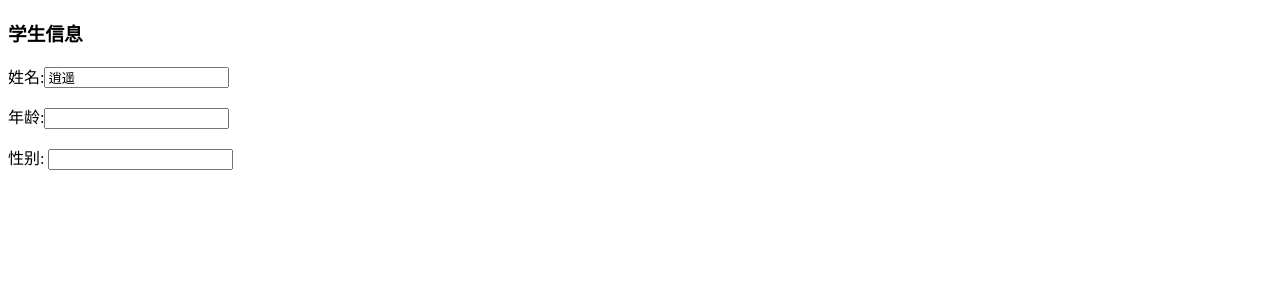
Repository: qyl1006/JavaApps
Page: workspace/html/WebContent/hello/input.html
These files come from the project's save history. The page is drawn as it stood at one moment and after the next save; the edit follows.
The browser window is 1280 px wide. The pictures show the whole page.

Above is the page before, as saved 2018-02-10 06:22:21.

### workspace/html/WebContent/hello/input.html
<!DOCTYPE html PUBLIC "-//W3C//DTD HTML 4.01 Transitional//EN" "http://www.w3.org/TR/html4/loose.dtd">
<html>
<head>
<meta http-equiv="Content-Type" content="text/html; charset=UTF-8">
<title>Insert title here</title>
</head>
<body>
	<h3>学生信息</h3>
	<form action="#" method="POST">
		<p>姓名:<input type="text" name="username" value="逍遥"/></p>
		<p>年龄:<input type="password" name="pwd"/></p>
		<p>性别: <input /></p>
	</form>


</body>
</html>

After the next save:
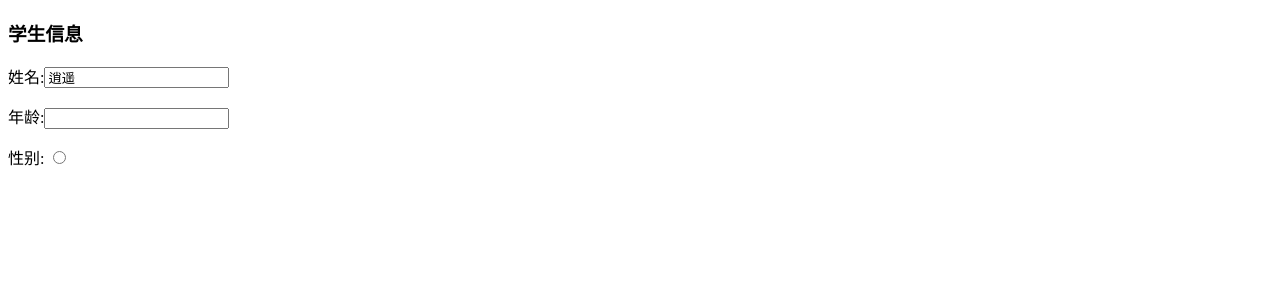
Saved 3 min 27 s later.
--- a/workspace/html/WebContent/hello/input.html
+++ b/workspace/html/WebContent/hello/input.html
@@ -9,7 +9,9 @@
 	<form action="#" method="POST">
 		<p>姓名:<input type="text" name="username" value="逍遥"/></p>
 		<p>年龄:<input type="password" name="pwd"/></p>
-		<p>性别: <input /></p>
+		<p>性别:
+			<input type="radio" name="gender" value="男"/>
+		</p>
 	</form>
 
 
